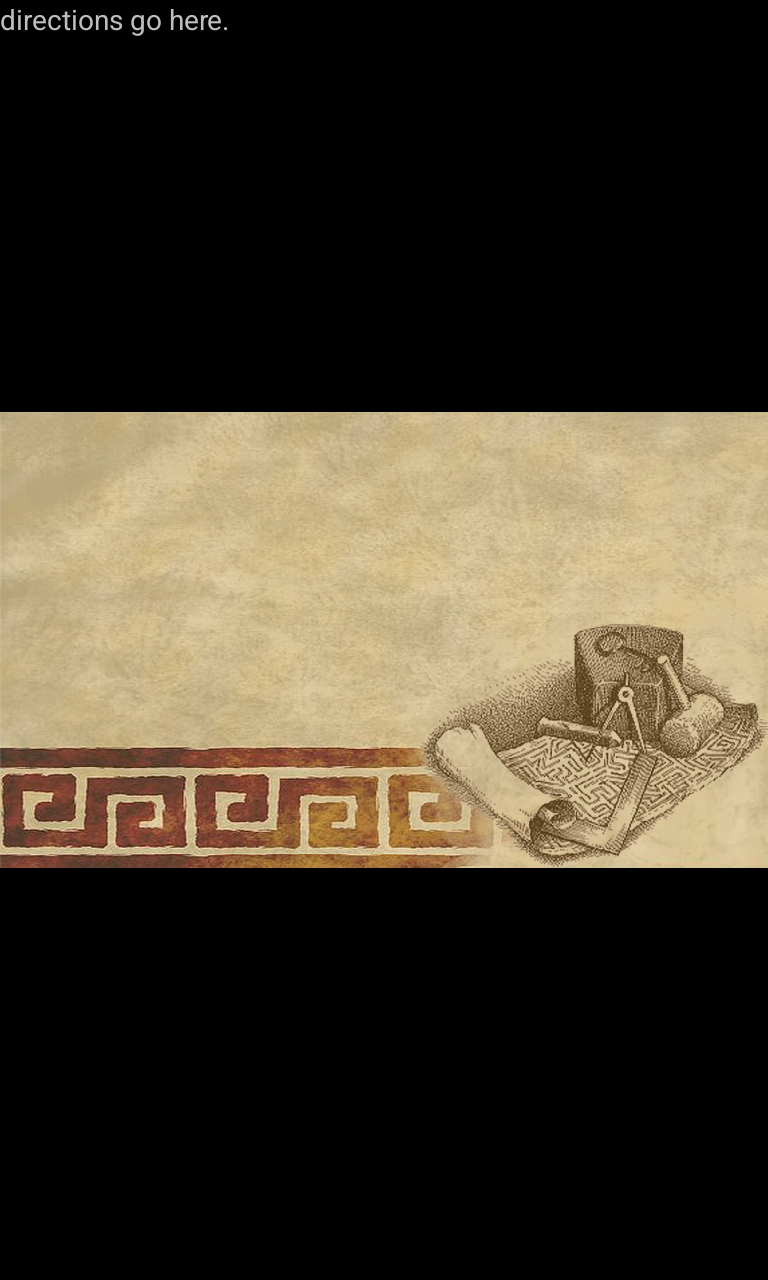
Repository: RandyLedbetter/maze
Layout: MazeTest/res/layout/activity_directions.xml
The author's editor kept a copy of each file at every save. The layout is drawn from the files as they stood at one save, then again after the next save.
It is drawn on a 768 x 1280 px phone screen (xhdpi) without system bars, with theme android:Theme.NoTitleBar.Fullscreen; the app's code is not run.

Above is the layout before, as saved 2014-04-25 00:52:46.

### MazeTest/res/layout/activity_directions.xml
<FrameLayout xmlns:android="http://schemas.android.com/apk/res/android"
     xmlns:tools="http://schemas.android.com/tools"
	 android:id="@+id/directions_frame"
	 android:layout_width="fill_parent"
	 android:layout_height="fill_parent"
	 android:background="@color/background" >
	<ImageView
	 android:id="@+id/maze_info_background"
	 android:layout_width="fill_parent"
	 android:layout_height="fill_parent"
	 android:scaleType="fitCenter"
	 android:src="@drawable/maze_info_background"
	 />

 	<TextView
     android:layout_width="match_parent"
     android:layout_height="match_parent"
     android:text="@string/directions" />


</FrameLayout>

### MazeTest/res/values/values.xml
<?xml version="1.0" encoding="utf-8"?>
<resources>
    <color name="background">#000000</color>

</resources>

### MazeTest/res/values/strings.xml
<?xml version="1.0" encoding="utf-8"?>
<resources>

    <string name="app_name">MazeTest</string>
    <string name="action_settings">Settings</string>
    <string name="desc">Room Image</string>
    <string name="captions">Captions are not working if you see this string of text.</string>
    <string name="options_menu">Options</string>
    <string name="ok">OK</string>
    <string name="cancel">Cancel</string>
    <string name="author">Author: Christopher Manson</string>
    <string name="publisher">Publisher: Henry Holt and Company - 1985</string>
    <string name="developer1">Randy Ledbetter</string>
    <string name="developer2">Taylor Carrington</string>
    <string name="developer3">Jayd Saucedo</string>
    <string name="developers">Developers:</string>
    <string name="directions">directions go here.</string>

</resources>

After the next save:
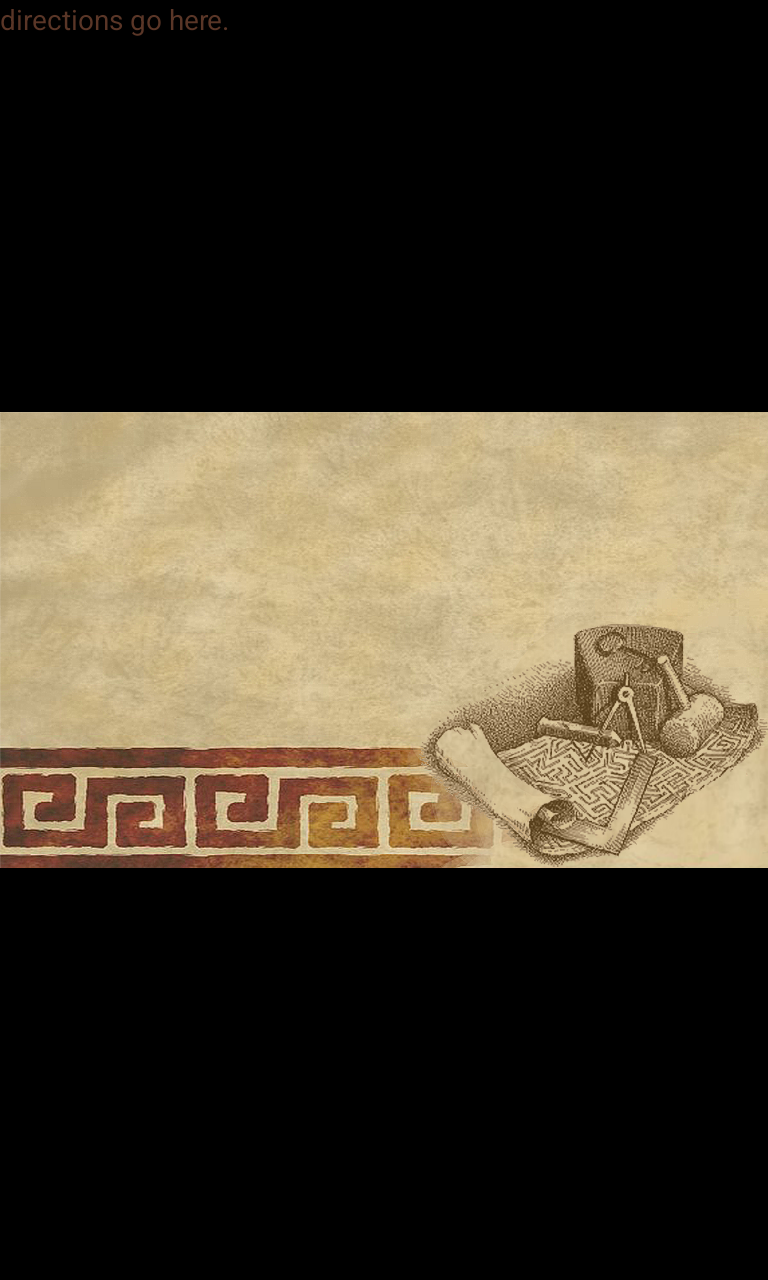
Saved 55 s later.
--- a/MazeTest/res/layout/activity_directions.xml
+++ b/MazeTest/res/layout/activity_directions.xml
@@ -15,7 +15,8 @@
  	<TextView
      android:layout_width="match_parent"
      android:layout_height="match_parent"
-     android:text="@string/directions" />
+     android:text="@string/directions"
+     android:textColor="#5A3627" />
 
 
 </FrameLayout>
